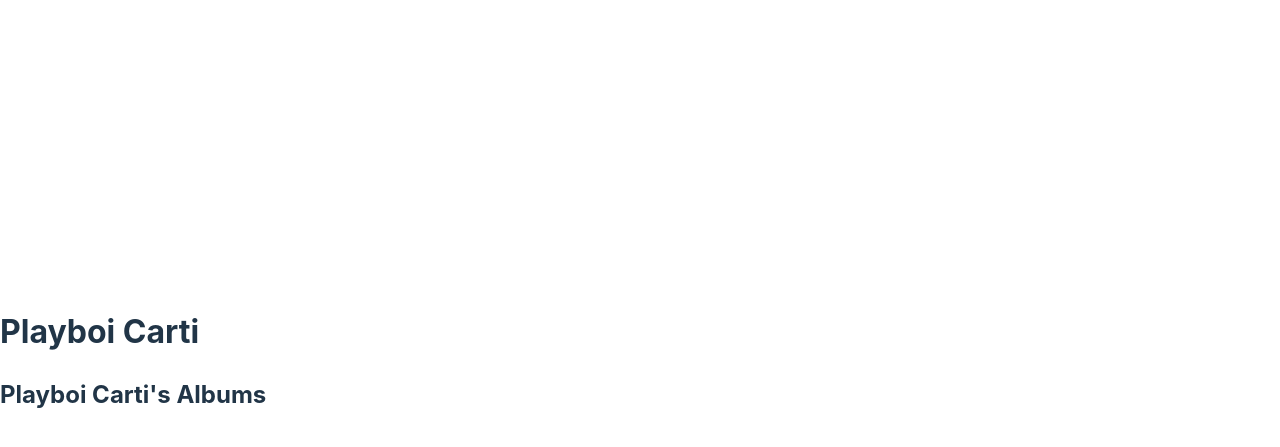
Repository: Hennyyyy8/Lab01-Assignment
Page: / (app in react/)
These files come from the project's save history. The page is drawn as it stood at one moment and after the next save; the edit follows.
The browser window is 1280 px wide. The pictures show the whole page.
The project was rebuilt for these pictures with package versions that can differ from the ones it lists, and the page was loaded fresh each time. Also part of the build but not shown: react/vite.config.js.

Above is the page before, as saved 2024-09-15 20:48:33.

After the next save:
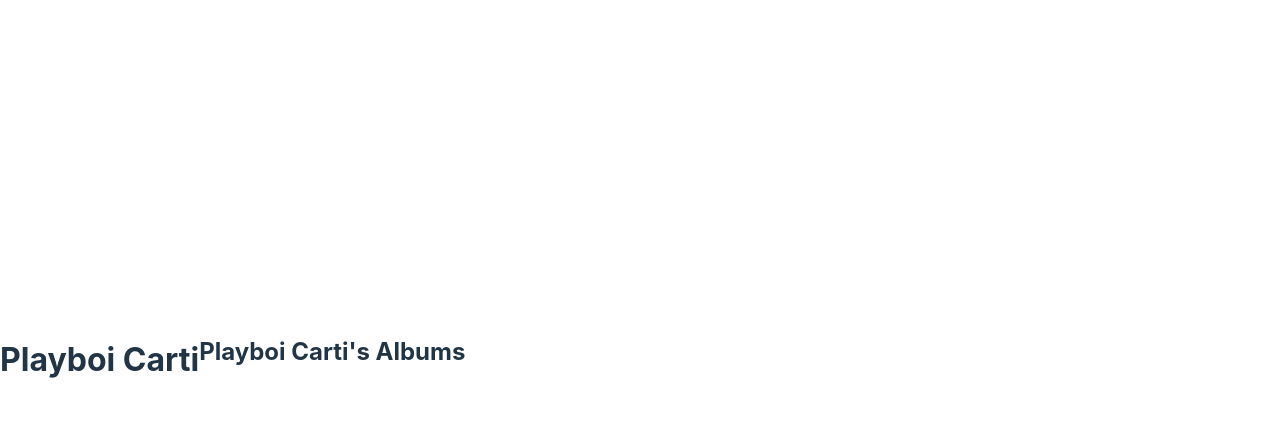
Saved 21 s later.
--- a/react/src/index.css
+++ b/react/src/index.css
@@ -30,6 +30,10 @@
   min-height: 100vh;
 }
 
+.artist-container{
+  display: flex;
+}
+
 @media (prefers-color-scheme: light) {
   :root {
     color: #213547;
